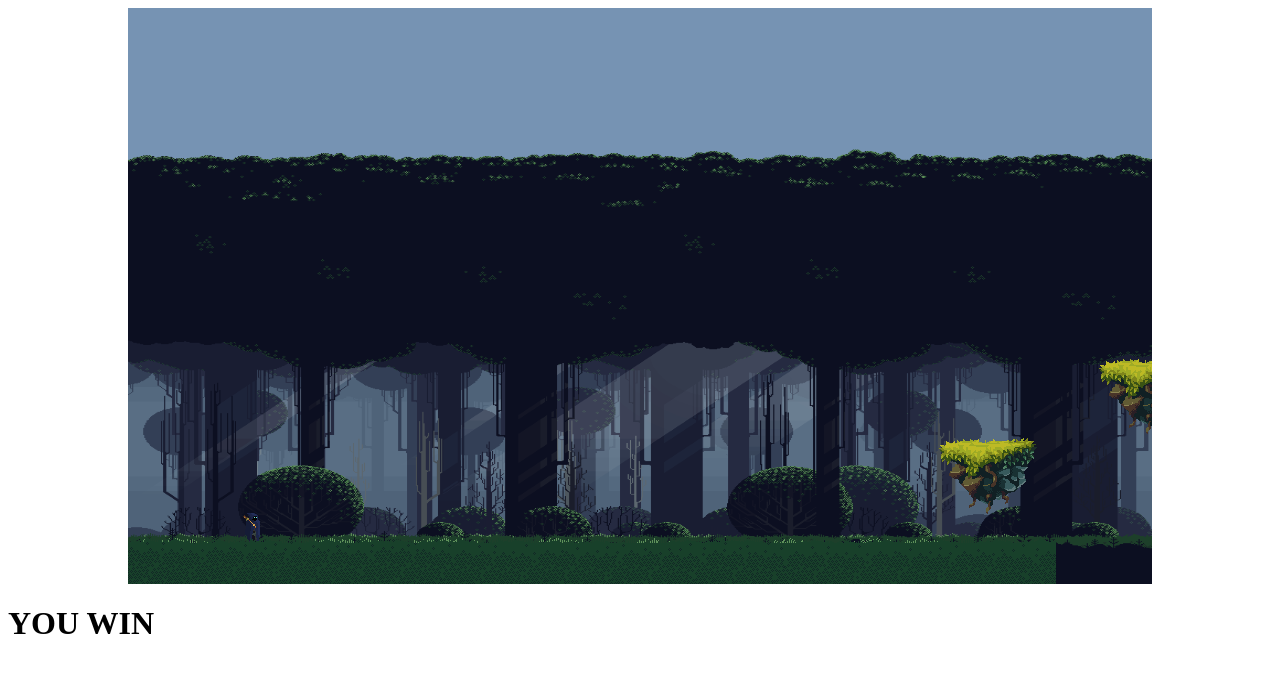
Repository: chenbert1211/Fullstack-Projects
Page: game2/game.html
The author's editor kept a record of every edit. The page is drawn from the files as they stood at one moment, then again after the next edit.
The browser window is 1280 px wide. The pictures show the whole page.

Above is the page before.

### game2/game.html
<!DOCTYPE html>
<html>
    <head>
        <meta http-equiv="content-type" content="text/html; charset=utf-8" />
        <link rel="stylesheet" href="css.css" type="text/css" />
        <title>`substitute(Filename('', 'Page Title'), '^.', '\u&', '')`</title>
    </head>
    <body>
     <div> <canvas></canvas></div>
     <h1 id='win'>YOU WIN</h1>
     <script type="text/javascript" src="./enemy.js"></script>
     <script type="text/javascript" src="./app.js"></script>
    </body>
</html>

### game2/css.css
#id{
   display: flex;
  align-items: center;
  justify-content: center;

}
div{
    display: flex;
  align-items: center;
  justify-content: center;
}

### game2/enemy.js
class Sprite {
    constructor({position, imageSrc, scale = 1, framesMax = 1, offset = {x:0, y:0}}){
    this.position = position,
    this.height = 50,
    this.width = 50,
    this.image = new Image(),
    this.image.src = imageSrc,
    this.scale = scale,
    this.framesMax = framesMax,
    this.framesCurrent = 0,
    this.framesElapsed = 0,
    this.framesHold = 5
    this.offset = offset

    }

    draw(){
        c.drawImage(this.image,
        this.framesCurrent * (this.image.width / this.framesMax),
        0,
        this.image.width/this.framesMax,
        this.image.height,
        this.position.x - this.offset.x,
        this.position.y - this.offset.y,
        (this.image.width/this.framesMax) * this.scale,
        this.image.height * this.scale)
    }
    // this function adds the player in the game when called

    update()
    {
        this.draw()
        this.framesElapsed++

        if(this.framesElapsed % this.framesHold ===0)
        {
            if(this.framesCurrent < this.framesMax - 1){
                this.framesCurrent++
            }else{
                this.framesCurrent = 0
            }
        }
    }
    // currently makes the player fall if hes in the air
}

class Enemy extends Sprite {
     constructor({position, velocity = {x: 0, y:0}, imageSrc, scale = 1, framesMax = 1, offset = {x:0, y:0},
    sprites})
    {
        super({
        position,
        imageSrc,
        scale,
        framesMax,
        offset
    })
    this.health = 100;
    this.velocity = velocity
    this.height = 50;
    this.width = 50;
    this.lastKey;
    this.key = {
        d: false,
        a: false
    }
    this.attackbox = {
        width: 10,
        height: 10
    };
    this.isAttack = false;
    this.attackAn = false;
    this.framesCurrent = 0,
    this.framesElapsed = 0,
    this.framesHold = 7
    this.attacked = false
    this.sprites = sprites;
    for(const sprite in this.sprites){
        sprites[sprite].image = new Image()
        sprites[sprite].image.src = sprites[sprite].imageSrc
        // sprites[sprite].framesMax = sprites[sprite].framesMax
    }
    }

    update(){
        this.draw()
         this.position.y += this.velocity.y;
        this.position.x += this.velocity.x;

        this.framesElapsed++

        if(this.framesElapsed % this.framesHold === 0)
        {
            if(this.framesCurrent < this.framesMax - 1){
                this.framesCurrent++
            }else{
                this.framesCurrent = 0
            }
        }

        if(this.position.y + this.height + this.velocity.y >= canvas.height + 25)
        {
            this.velocity.y = 0
        }
        else{

            this.velocity.y += gravity;
        }


        // if(player1.position.x + 100 >= this.position.x)
        // {
        //     this.velocity.x = -1;
        // }
        if(this.health > 0){
         if(this.position.x <= 500 && player1.position.y + 20 + player1.height >= this.position.y &&
    player1.position.y + 20 <= this.position.y + this.height)
    {if(this.attacked == true){
            this.image = this.sprites.hit.image
            this.framesMax = this.sprites.hit.framesMax}
            else
        if(player1.position.x >= this.position.x)
        {
            this.image = this.sprites.run.image
            this.framesMax = this.sprites.run.framesMax
            this.velocity.x = 1;

        }
        if(player1.position.x <= this.position.x)
        {
            // console.log(this.position)
            if(this.position.x - player1.position.x >= 1 && this.position.x - player1.position.x <= 20)
            {
                this.velocity.x = 0
                this.image = this.sprites.attack.image
                this.framesMax = this.sprites.attack.framesMax
                if(this.framesMax == 15 && this.framesCurrent == 10)
                {
                    this.framesCurrent = 0;
                    player1.hitted = true
                    if(player1.hitted == true){
                        player1.velocity.x -= 100;
                    }
                    setTimeout(() => { player1.hitted = false}, 200)
                    player1.health -= 20;
                }else if(this.framesMax == 13 && this.framesCurrent == 6)
                {
                      player1.hitted = true
                    setTimeout(() => { player1.hitted = false}, 200)
                    player1.health -= 10;
                }else if(this.framesMax == 8 && this.framesCurrent == 2){
                     player1.hitted = true
                    setTimeout(() => { player1.hitted = false}, 200)
                    player1.health -= 5;
                }
            }
            else{
            this.image = this.sprites.run.image
            this.framesMax = this.sprites.run.framesMax
           this.velocity.x = -1;}
    }}else
        {
            this.velocity.x = 0
            this.image = this.sprites.idle.image
            this.framesMax = this.sprites.idle.framesMax
        }
    }else
        {
            this.image = this.sprites.dead.image
            this.framesMax = this.sprites.dead.framesMax
            // console.log(this.framesCurrent, this.framesElapsed, this.framesMax, this.framesHold)
            if(this.framesCurrent == this.framesMax -1)
            {
            this.framesElapsed = null
            }
        }
    }
}


class Platform extends Sprite{
   constructor({position, velocity = {x: 0, y:0}, imageSrc, scale = 1, framesMax = 1, offset = {x:0, y:0},
    sprites, height = 10, width = 100})
    {
        super({
        position,
        imageSrc,
        scale,
        framesMax,
        offset
    })
    this.width = width;
    this.height = height;
    this.scale = scale,
    this.framesMax = framesMax,
    this.framesCurrent = 0,
    this.framesElapsed = 0,
    this.framesHold = 5
    }

    update(){
        this.draw()
        this.framesElapsed++

        if(this.framesElapsed % this.framesHold === 0)
        {
            if(this.framesCurrent < this.framesMax - 1){
                this.framesCurrent++
            }else{
                this.framesCurrent = 0
            }
        }
    }
}

Loaded but not shown: game2/app.js (1131 lines, source omitted)

After the next edit:
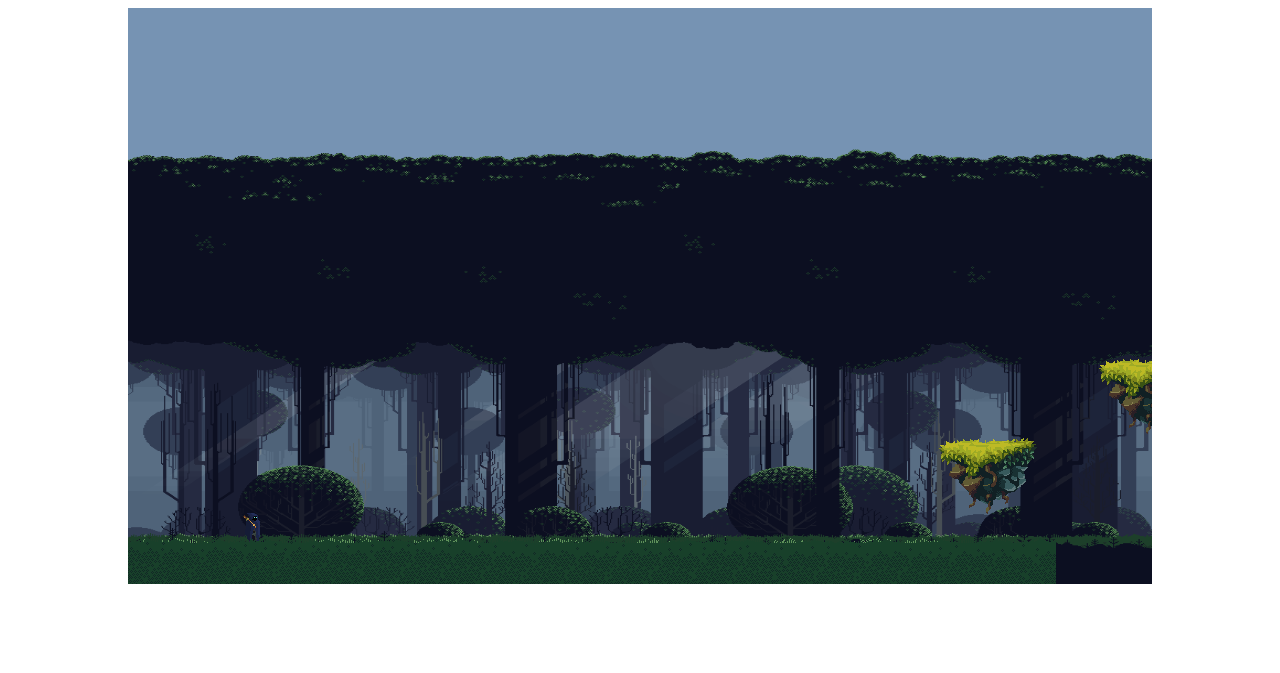
The edit:
--- a/game2/css.css
+++ b/game2/css.css
@@ -1,11 +1,10 @@
-#id{
-   display: flex;
-  align-items: center;
-  justify-content: center;
-
-}
 div{
     display: flex;
   align-items: center;
   justify-content: center;
 }
+
+#win{
+    text-align: center;
+    color: white
+}
